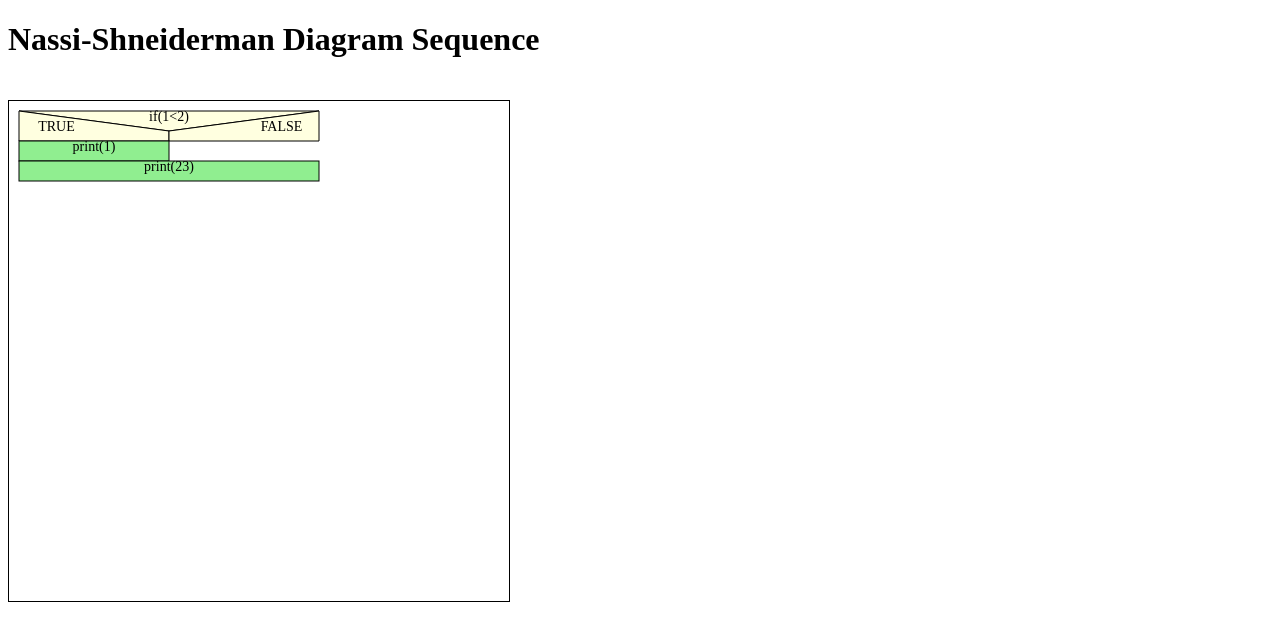
Repository: fabsch225/Nassi-Shneiderman-Compiler
Page: demo.html
The author's editor kept a copy of each file at every save. The page is drawn from the files as they stood at one save, then again after the next save.
The browser window is 1280 px wide. The pictures show the whole page.

Above is the page before, as saved 2024-05-15 23:42:45.

### demo.html
<!DOCTYPE html>
<html lang="en">
<head>
<meta charset="UTF-8">
<meta name="viewport" content="width=device-width, initial-scale=1.0">
<title>Nassi-Shneiderman Diagram Sequence</title>
<script src="src/nassi_svg_api.js"></script>
<script src="src/compiler.js"></script>
<script src="src/converter.js"></script>
<style>
    svg {
        border: 1px solid black;
        margin: 20px auto;
        width: 500px;
        height: 500px;
    }
</style>
</head>
<body>
<h1>Nassi-Shneiderman Diagram Sequence</h1>
<svg id="canvas" ></svg>
<script>
    var svgContainer = document.getElementById('canvas');


    //Manual creation of a Nassi-Shneiderman diagram
    /*svgContainer.innerHTML += createSequenceBlock(10, 10, 300, 50, "Start").svgAppendix;
    var block = createDecisionBlock(10, 60, 300, 100, "Was ist Schwerer", "1 Kg Federn", "1 Kg Gold");
    svgContainer.innerHTML += block.svgAppendix;
    var bounds1 = block.children[0];
    var bounds2 = block.children[1];
    var option1 = createSequenceBlock(bounds1.start_x, bounds1.start_y, bounds1.width, bounds1.height, "Das ist richtig");
    var option2 = createSequenceBlock(bounds2.start_x, bounds2.start_y, bounds2.width, bounds2.height, "Das ist richtig");
    svgContainer.innerHTML += option1.svgAppendix;
    svgContainer.innerHTML += option2.svgAppendix;*/

    // Example usage:
    const code = `
        if (1 < 2) {
            print(1)
        }
        print(23)
    `;
    var svg = convert(10, 10, 300, 50, lex_front(code));
    svgContainer.innerHTML += svg;
</script>
</body>
</html>

### src/nassi_svg_api.js
function createStartEndBlock(x, y, width, height) {
    var h = 20;
    var svgAppendix =  `<rect x="${x}" y="${y}" width="${width}" height="${h}" stroke="black" fill="lightblue" />
        <text x="${x + width / 2}" y="${y + height / 2}" font-size="14px" fill="black" text-anchor="middle">Start</text>`;
    svgAppendix +=  `<rect x="${x}" y="${y + height - h}" width="${width}" height="${h}" stroke="black" fill="lightblue" />
        <text x="${x + width / 2}" y="${y + height / 2}" font-size="14px" fill="black" text-anchor="middle">End</text>`;
    var child = {start_x: x, start_y: y + h, width: width, height: height - 2 * h};

    return {svgAppendix: svgAppendix, children: [child]};
}

function createSequenceBlock(x, y, width, height, content) {
    svgAppendix = `<rect x="${x}" y="${y}" width="${width}" height="${height}" stroke="black" fill="lightgreen" />
        <text x="${x + width / 2}" y="${y + height / 2}" font-size="14px" fill="black" text-anchor="middle">${content}</text>`;
    return {svgAppendix: svgAppendix, children: []};
}

function createDecisionBlock(x, y, width, height, question, answerA, answerB) {
    var h = 20;
    var h_extra = h / 2;
    svgAppendix = `<polygon points="${x},${y} ${x + width},${y} ${x + width / 2},${y + h}" stroke="black" fill="lightyellow" />
        <polygon points="${x},${y} ${x},${y + h + h_extra} ${x + width / 2},${y + h + h_extra} ${x + width / 2},${y + h}" stroke="black" fill="lightyellow" />
        <polygon points="${x + width},${y} ${x + width},${y + h + h_extra} ${x + width / 2},${y + h + h_extra} ${x + width / 2},${y + h}" stroke="black" fill="lightyellow" />
        <text x="${x + width / 2}" y="${y + h / 2}" font-size="14px" fill="black" text-anchor="middle">${question}</text>
        <text x="${x + 7 * width / 8}" y="${y + h}" font-size="14px" fill="black" text-anchor="middle">${answerB}</text>
        <text x="${x + width / 8}" y="${y + h}" font-size="14px" fill="black" text-anchor="middle">${answerA}</text>`;

    childA = {start_x: x, start_y: y + h + h_extra, width: width / 2, height: height - h - h_extra};
    childB = {start_x: x + width / 2, start_y: y + h + h_extra, width: width / 2, height: height - h - h_extra};

    return {svgAppendix: svgAppendix, children: [childA, childB]};
}

// TODO: function createSwitchCaseBlock
// more...

### src/compiler.js
const tokens = ['if']
const branchers = ['{', '}']
const brackets = ['(', ')']

//
// 0: function call
// 1: ifs
// 2: ifs and else

function is_token(s) {
    return tokens.includes(s)
}

function is_token_prefix(s) { //maybe not the correct def of prefix
    if (is_token(s)) {
        return false
    }
    for (let i = 0; i < tokens.length; i++) {
        if (tokens[i].startsWith(s)) {
            return true
        }
    }
    return false
}

function get_arguments(s, i) {
    if (s[i] !== brackets[0]) {
        console.log(s[i])
        throw new Error('Expected (')
    }
    let arguments = ''
    let next_char = ''
    i += 1
    while (next_char !== brackets[1]) {
        arguments += s[i]
        i++
        next_char = s[i]
    }
    return {args: arguments, index: i + 1}
}

function lex_front(s) {
    return lex_back(s.replace(/\s/g, ''));
}

function lex_back(s) {
    console.log("Compiling: " + s)
    let i = 0
    let current_token = ''
    let tokens = []
    while (i < s.length) {
        while (is_token_prefix(current_token)) {
            current_token += s[i]
            i++
        }
        if (is_token(current_token)) {
            if (current_token === 'if') {
                var type = 1
                var branches = []
                var arguments = []

                var current_arguments = get_arguments(s, i)
                i = current_arguments.index

                console.log(current_arguments.args)

                if (s[i] !== branchers[0]) {
                    console.log(s[i])
                    throw new Error('Expected {')
                }
                i += 1
                var branch = ''
                var next_char = ''
                while (next_char !== branchers[1]) {
                    if (i > s.length) {
                        throw new Error('Expected }')
                    }
                    branch += s[i]
                    i++
                    next_char = s[i]
                }
                i += 1
                branches.push(lex_back(branch))
                arguments.push(current_arguments.args)

                while (s.substring(i, i + 6) === 'elseif') {
                    i += 6
                    var current_arguments = get_arguments(s, i)
                    i = current_arguments.index
                    if (s[i] !== branchers[0]) {
                        throw new Error('Expected {')
                    }
                    i += 1
                    var branch = ''
                    var next_char = ''
                    while (next_char !== branchers[1]) {
                        if (i > s.length) {
                            throw new Error('Expected }')
                        }
                        branch += s[i]
                        i++
                        next_char = s[i]
                    }
                    i += 1

                    branches.push(lex_back(branch))
                    arguments.push(current_arguments.args)
                }
                if (s.substring(i, i + 4) === 'else') {
                    type = 2
                    i += 4
                    i += 1
                    var branch = ''
                    var next_char = ''
                    while (next_char !== branchers[1]) {
                        if (i > s.length) {
                            throw new Error('Expected }')
                        }
                        branch += s[i]
                        i++
                        next_char = s[i]
                    }
                    i += 1
                    branches.push(lex_back(branch))
                }

                tokens.push({
                    type: type,
                    name: current_token,
                    arguments: arguments,
                    branches: branches
                })
            }
        }
        else {
            while (s[i] != brackets[0]) {
                if (i > s.length) {
                    throw new Error('Expected (')
                }
                current_token += s[i]
                i++
            }
            var current_arguments = get_arguments(s, i)
            i = current_arguments.index
            tokens.push({
                type: 0,
                name: current_token,
                arguments: [current_arguments.args],
                branches: []
            })
        }
        current_token = ''
    }
    return tokens
}

### src/converter.js
function convert(x, y, width, height, tree) {
    console.log("Converting ", tree)
    let svgAppendix = ''
    //let h = height / tree.length
    let current_y = y
    for (let block of tree) {
        let h = getHeight(block)
        if (block.type == 0) { // sequential statement - function call
            svgAppendix += createSequenceBlock(x, current_y, width, h, block.name + '(' + block.arguments[0] + ')').svgAppendix
            current_y += h
        }
        else if (block.type == 1) { //ifs
            if (block.branches.length != 1) {
                throw new Error('Expected 1 branches, Nassi-Shneiderman diagrams only support single IF or one IF-ELSE statement')
            }
            var sub_block = createDecisionBlock(x, current_y, width, h, block.name + '(' + block.arguments[0] + ')', "TRUE", "FALSE");
            svgAppendix += sub_block.svgAppendix;
            var bounds1 = sub_block.children[0];
            svgAppendix += convert(bounds1.start_x, bounds1.start_y, bounds1.width, bounds1.height, block.branches[0]);
            current_y += h
        }
        else if (block.type == 2) { //ifs and else

        }
    }
    return svgAppendix
}

function getHeight(block) {
    const base_h = 20;
    if (block.type == 0) {
        return base_h
    }
    else {
        var heights = []
        console.log(block)
        for (let branch of block.branches) {
            let current_heigth = 0
            for (let sub_block of branch) {
                current_heigth += getHeight(sub_block)
            }
            heights.push(current_heigth)
        }
        return base_h * 3 / 2 + Math.max(...heights)
    }
}

After the next save:
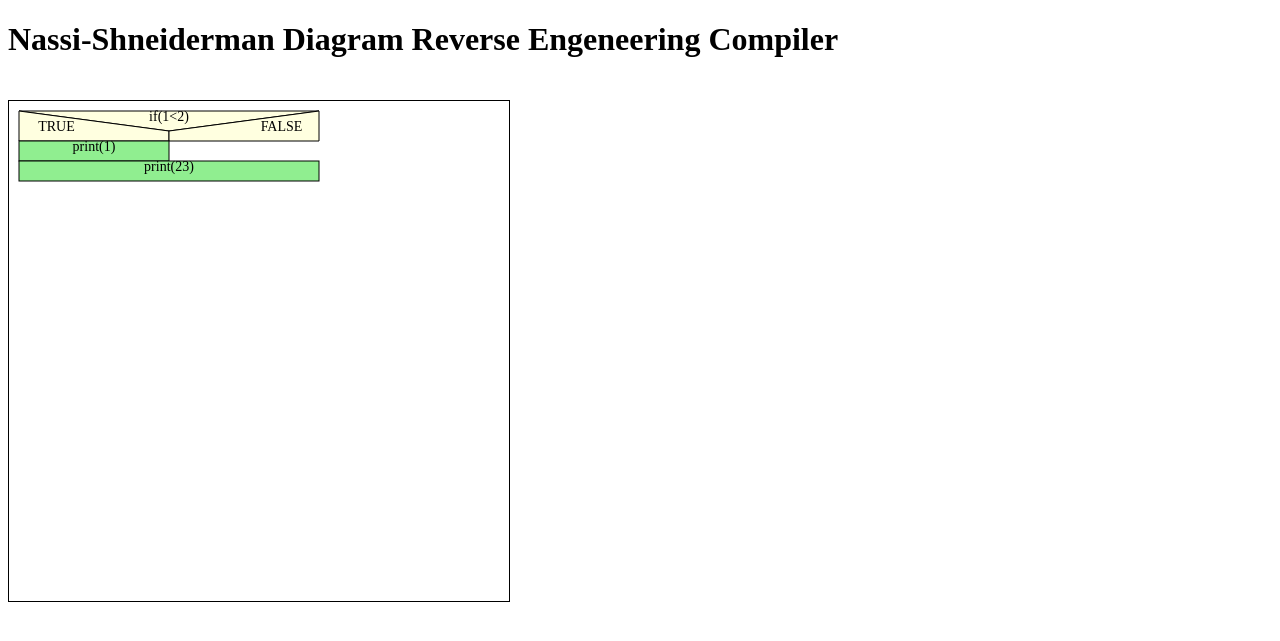
Saved 24 s later.
--- a/demo.html
+++ b/demo.html
@@ -17,7 +17,7 @@
 </style>
 </head>
 <body>
-<h1>Nassi-Shneiderman Diagram Sequence</h1>
+<h1>Nassi-Shneiderman Diagram Reverse Engeneering Compiler</h1>
 <svg id="canvas" ></svg>
 <script>
     var svgContainer = document.getElementById('canvas');
